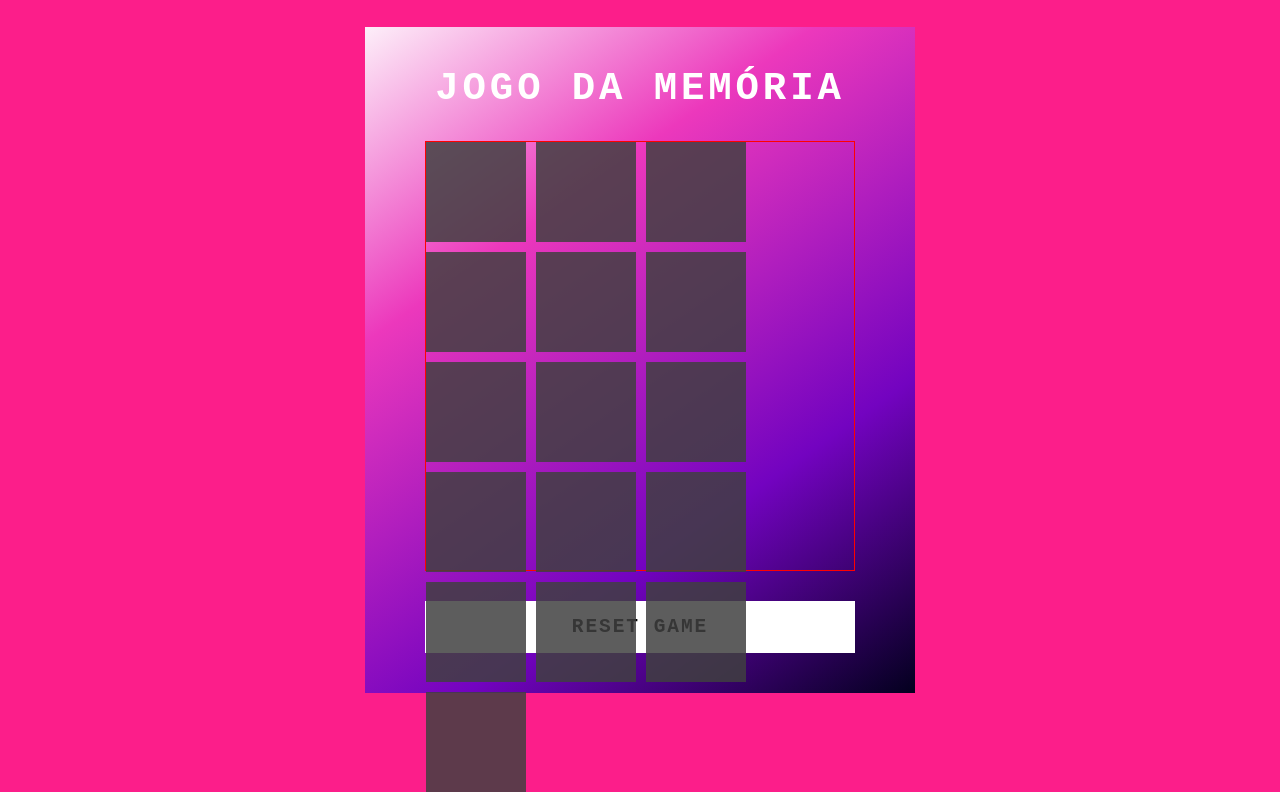
Repository: Zoemateus324/memory-game
Page: index.html
The author's editor kept a copy of each file at every save. The page is drawn from the files as they stood at one save, then again after the next save.
The browser window is 1280 px wide. The pictures show the whole page.
After loading, the first visible `div.item` was clicked once.

Above is the page before, as saved 2024-11-27 09:05:35.

### index.html
<!DOCTYPE html>
<html lang="pt-br">

<head>
    <meta charset="UTF-8">
    <meta name="viewport" content="width=device-width, initial-scale=1.0">
    <title>Memory Game</title>
    <link rel="stylesheet" href="./src/styles/reset.css">
    <link rel="stylesheet" href="./src/styles/main.css">
</head>

<body>
    <div class="container">
        <h2>Jogo da Memória</h2>
        <div class="game">
        </div>
        <button class="reset" onclick="window.location.reload()">RESET GAME</button>
    </div>



    <script src="./src/scripts/engine.js" defer></script>
</body>

</html>

### src/styles/reset.css
*{
    margin:0;
    padding:0;
    outline:none;
    box-sizing:border-box;
    font-family:monospace;
}

### src/styles/main.css
body{
    display:flex;
    justify-content:center;
    align-items:center;
    min-height:100vh;
    background:#fc1e8a;

}


.container{
    position:relative;
    display:flex;
    flex-direction:column;
    justify-content:center;
    align-items:center;
    gap:30px;
    background:linear-gradient(
        325deg,
        #03001e 0%,
        #7303c0 30%,
        #ec38bc 70%,
        #fdeff9 100%
    );
    padding:40px 60px;
}


h2{
    font-size:3em;
    color: #fff;
    text-transform:uppercase;
    letter-spacing:0.1em;
}


.reset{
    padding:15px 20px;
    width:100%;
    color:#000;
    background-color:#fff;
    border:none;
    font-size:1.5em;
    letter-spacing:0.1em;
    text-transform:uppercase;
    cursor:pointer;
    font-weight:600;

}

.reset:focus{
    color:#ec38bc;
    background-color:#262809;
}


.game{
    width:430px;
    height:430px;
    border:1px solid red;
    display:flex;
    flex-wrap:wrap;
    gap:10px;
    transform-style:preserve-3d;
    perspective:500px;
}


.item{
    position:relative;
    width:100px;
    height:100px;
    opacity:85%;
    display:flex;
    align-items:center;
    justify-content:center;
    background-color:#fff;


    font-size:3em;
    transform:rotateY(180deg);
    transition:0.25s;
}

.item::after{
    content:"";
    position:absolute;
    inset:0;
    background:#404040;
    transition:0.25s;
    transform:rotateY(0deg);
    backface-visibility:hidden;
}

.item.boxOpen{
    transform:rotateY(0deg);
}

### src/scripts/engine.js
const emojis = [
    "😁",
    "😁",
    "😢",
    "😢",
    "😤",
    "😤",
    "🤡",
    "🤡",
    "👹",
    "👹",
    "🐵",
    "🐵",
    "🦄",
    "🦄",
    "🦁",
    "🦁"
];
let openCards = [];



let shuffleEmojis = emojis.sort(() => (Math.random() > 0.5 ? 2 : -1));



for (let i = 0; i < emojis.length; i++) {
    let box = document.createElement("div");
    box.className = "item";
    box.innerHTML = shuffleEmojis[i];
    box.onclick = handleClick;
    document.querySelector(".game").appendChild(box);
}


function handleClick() {
    if (openCards.length < 2) {
        this.classList.add("boxOpen");
        openCards.push(this);
    }

    if (openCards.length == 2) {
        setTimeout(checkMatch, 500);
    }
}

function checkMatch() {

}

After the next save:
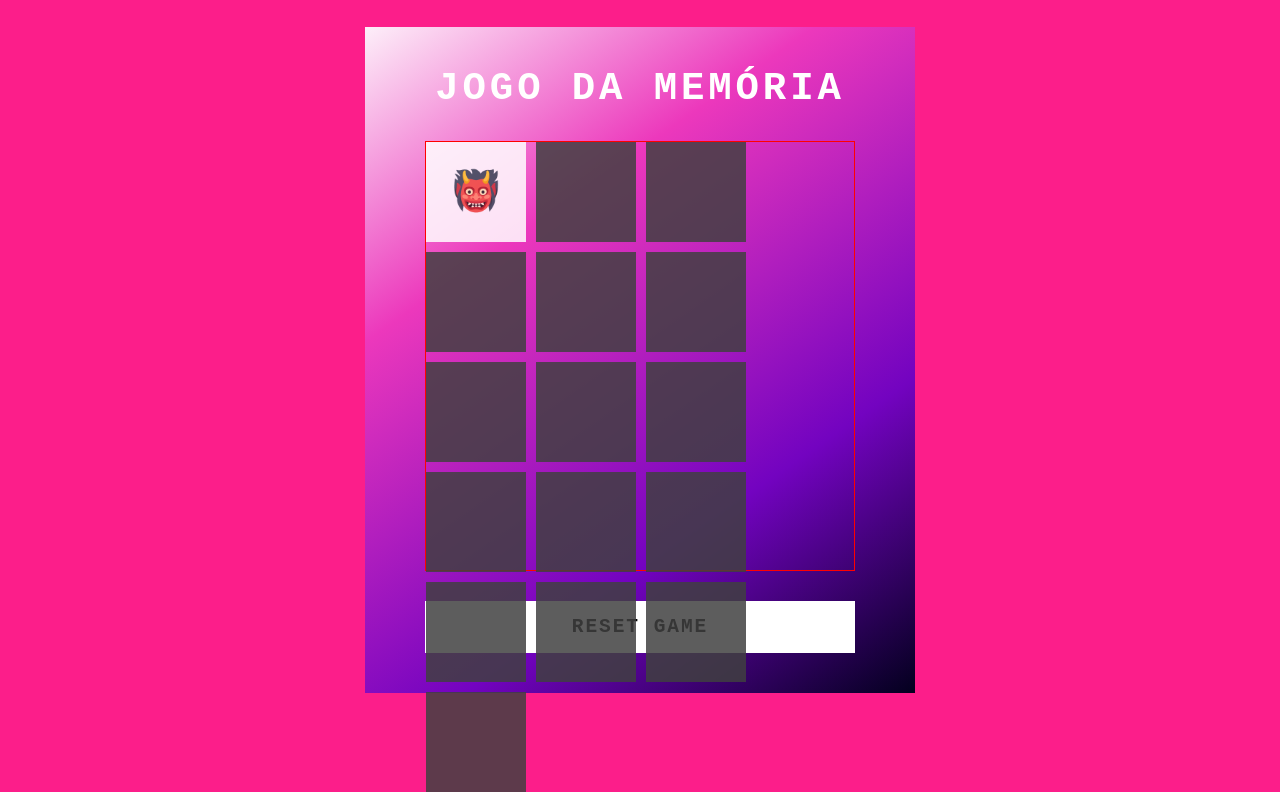
Saved 35 s later.
--- a/src/styles/main.css
+++ b/src/styles/main.css
@@ -95,3 +95,7 @@ h2{
 .item.boxOpen{
     transform:rotateY(0deg);
 }
+
+.boxOpen::after{
+    transform:rotateY(180deg);
+}
